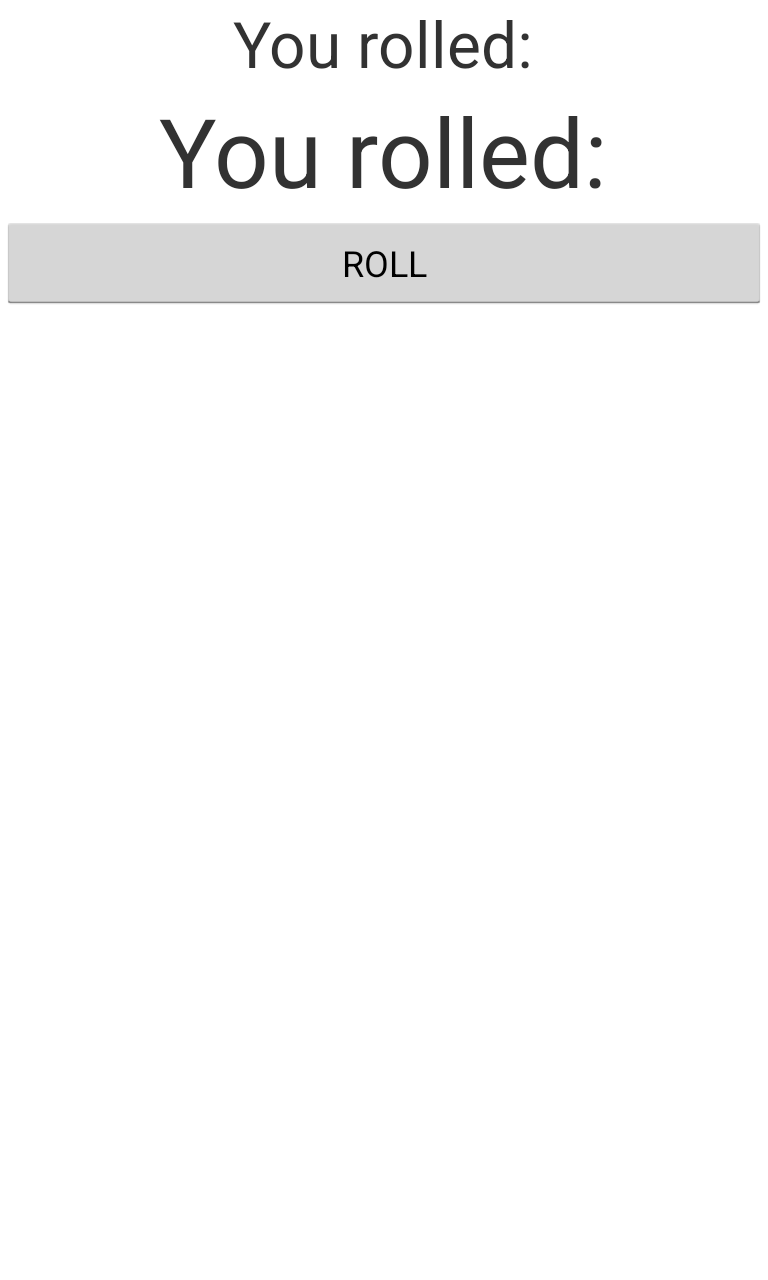
Repository: Bjodol/Roller
Layout: Roller/res/layout/dice_thrower.xml
These files come from the project's save history. The layout is drawn as it stood at one moment and after the next save; the edit follows.
It is drawn on a 768 x 1280 px phone screen (xhdpi) without system bars, with theme AppTheme; the app's code is not run. The app's manifest (not shown) leaves right-to-left support off. So textAlignment, textDirection and layoutDirection are ignored, and left and right values win over start and end ones.

Above is the layout before, as saved 2013-08-29 10:18:38.

After the next save:
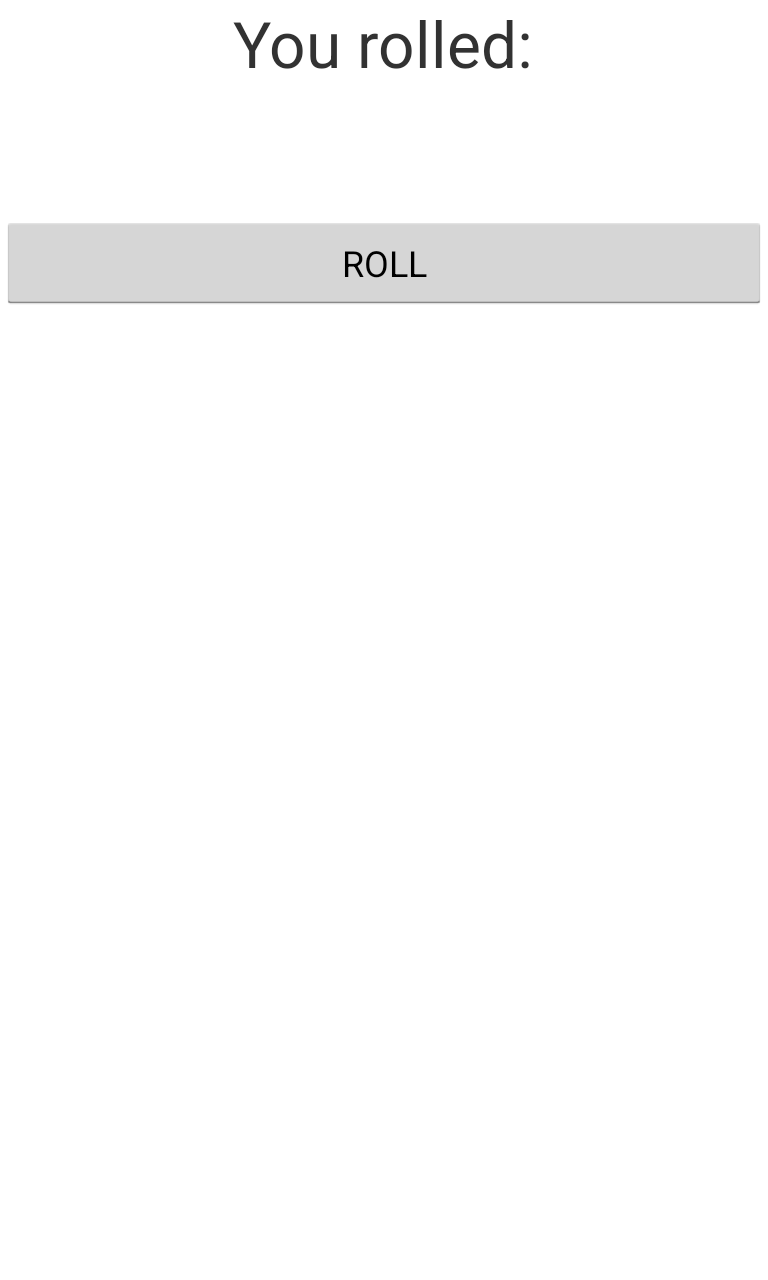
Saved 42 s later.
--- a/Roller/res/layout/dice_thrower.xml
+++ b/Roller/res/layout/dice_thrower.xml
@@ -18,7 +18,6 @@
         android:layout_width="wrap_content"
         android:layout_height="wrap_content"
         android:layout_gravity="center_horizontal"
-        android:text="@string/youRolled"
         android:textAlignment="center"
         android:textSize="48sp"
         />

After the save that followed:
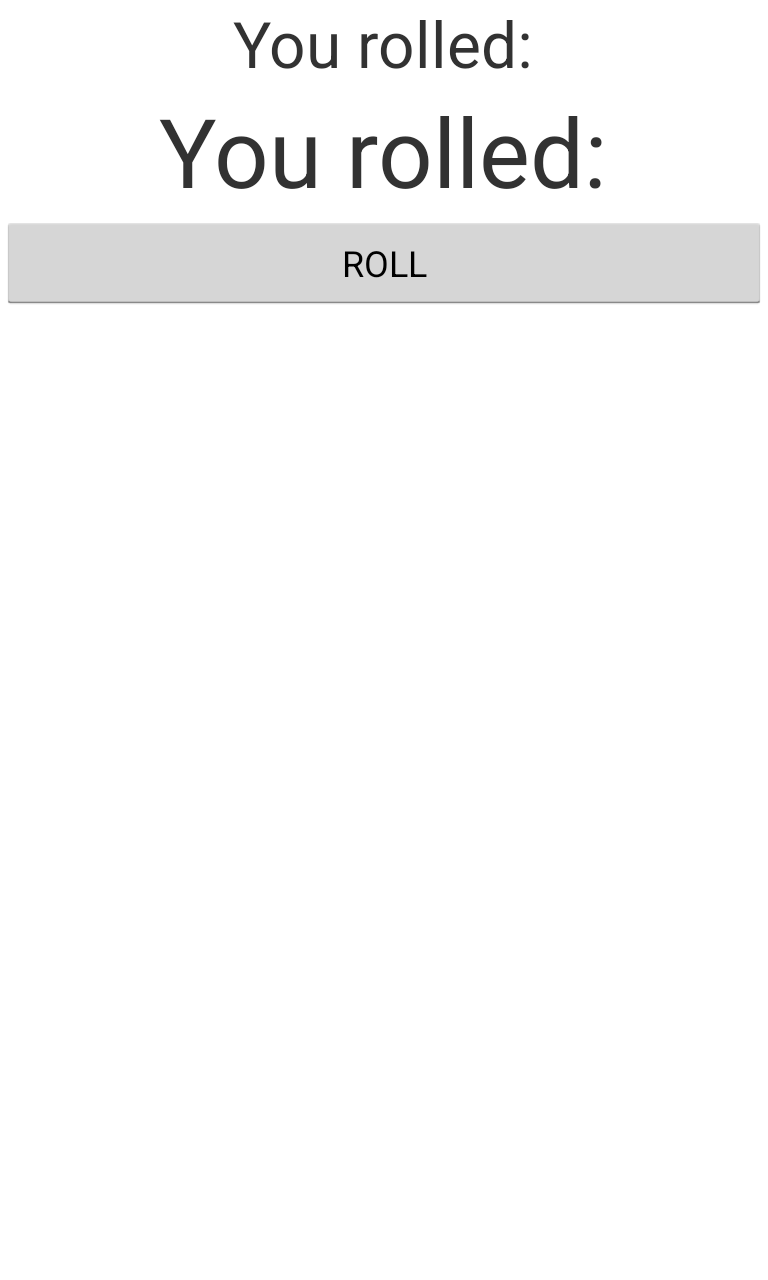
Saved 17 s later.
--- a/Roller/res/layout/dice_thrower.xml
+++ b/Roller/res/layout/dice_thrower.xml
@@ -18,6 +18,7 @@
         android:layout_width="wrap_content"
         android:layout_height="wrap_content"
         android:layout_gravity="center_horizontal"
+        android:text="@string/youRolled"
         android:textAlignment="center"
         android:textSize="48sp"
         />
